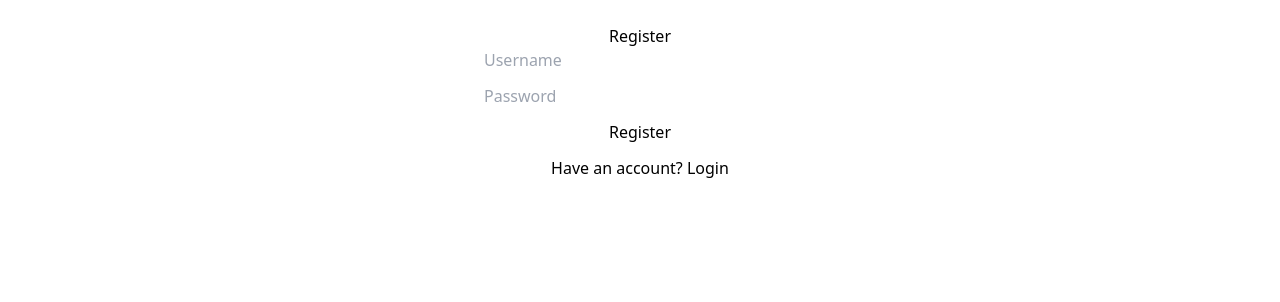
Repository: AhmedBRG3/RoyalRaptorPOS-1
Page: /register (app in client/)
An editor plug-in stored every save of this project. The page is shown before and after the next save, followed by the edit.
The browser window is 1280 px wide. The pictures show the whole page.
The project was rebuilt for these pictures with package versions that can differ from the ones it lists, and the page was loaded fresh each time. Also part of the build but not shown: client/vite.config.js, client/src/components/SalePanel.jsx, client/src/components/Topbar.jsx, client/src/pages/ProductsAdmin.jsx, client/src/App.jsx, client/src/pages/Login.jsx, client/src/components/RequireAuth.jsx, client/src/pages/Sales.jsx and 3 more.

Above is the page before, as saved 2025-08-10 15:17:27.

After the next save:
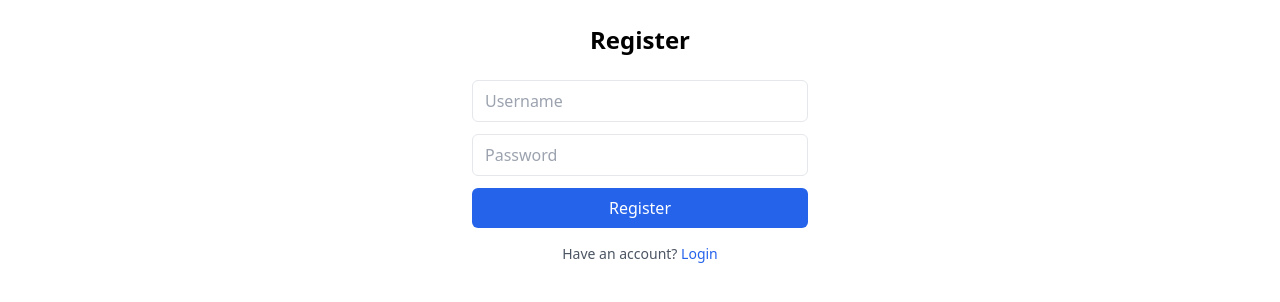
Saved 14 min 49 s later.
--- a/client/src/pages/Register.jsx
+++ b/client/src/pages/Register.jsx
@@ -1,37 +1,64 @@
-import { useState } from 'react';
-import { useNavigate, Link } from 'react-router-dom';
-import { register } from '../api';
+import { useState } from "react";
+import { useNavigate, Link } from "react-router-dom";
+import { register } from "../api";
 
 export default function Register() {
-  const [form, setForm] = useState({ username: '', password: '' });
+  const [form, setForm] = useState({ username: "", password: "" });
   const [loading, setLoading] = useState(false);
-  const [error, setError] = useState('');
+  const [error, setError] = useState("");
   const navigate = useNavigate();
 
   const onSubmit = async (e) => {
     e.preventDefault();
-    setError('');
+    setError("");
     try {
       setLoading(true);
       await register(form.username, form.password);
-      navigate('/', { replace: true });
+      navigate("/", { replace: true });
     } catch (e) {
-      setError('Registration failed');
+      setError("Registration failed");
     } finally {
       setLoading(false);
     }
   };
 
   return (
-    <div style={{ padding: 24, maxWidth: 360, margin: '0 auto' }}>
-      <h2>Register</h2>
-      <form onSubmit={onSubmit} style={{ display: 'grid', gap: 12 }}>
-        <input placeholder="Username" value={form.username} onChange={(e) => setForm({ ...form, username: e.target.value })} required />
-        <input placeholder="Password" type="password" value={form.password} onChange={(e) => setForm({ ...form, password: e.target.value })} required />
-        <button type="submit" disabled={loading}>{loading ? 'Registering…' : 'Register'}</button>
+    <div className="p-6 max-w-sm mx-auto">
+      <h2 className="text-2xl font-bold mb-6">Register</h2>
+
+      <form onSubmit={onSubmit} className="grid gap-3">
+        <input
+          placeholder="Username"
+          value={form.username}
+          onChange={(e) => setForm({ ...form, username: e.target.value })}
+          required
+          className="border rounded-md px-3 py-2 focus:outline-none focus:ring-2 focus:ring-blue-500"
+        />
+        <input
+          placeholder="Password"
+          type="password"
+          value={form.password}
+          onChange={(e) => setForm({ ...form, password: e.target.value })}
+          required
+          className="border rounded-md px-3 py-2 focus:outline-none focus:ring-2 focus:ring-blue-500"
+        />
+        <button
+          type="submit"
+          disabled={loading}
+          className="bg-blue-600 text-white rounded-md px-4 py-2 hover:bg-blue-700 disabled:opacity-50"
+        >
+          {loading ? "Registering…" : "Register"}
+        </button>
       </form>
-      {error && <p style={{ color: 'red' }}>{error}</p>}
-      <p style={{ marginTop: 12 }}>Have an account? <Link to="/login">Login</Link></p>
+
+      {error && <p className="text-red-600 mt-3">{error}</p>}
+
+      <p className="mt-4 text-sm text-gray-600">
+        Have an account?{" "}
+        <Link to="/login" className="text-blue-600 hover:underline">
+          Login
+        </Link>
+      </p>
     </div>
   );
 }
